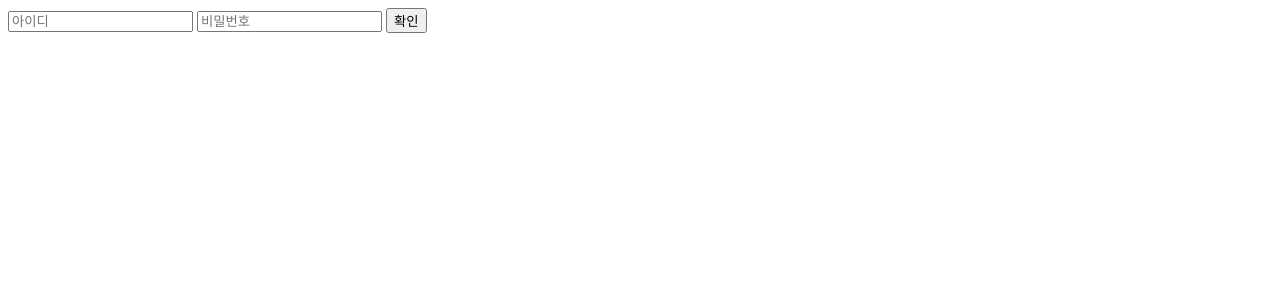
Repository: jjjjjjji-hun/jsp_practice
Page: http://localhost/JSPBasic/jspObject/1.requests/req_login_form.jsp
An editor plug-in stored every save of this project. The page is shown before and after the next save, followed by the edit.
The browser window is 1280 px wide. The pictures show the whole page.
The page is served by Tomcat 9.

Above is the page before, as saved 2022-02-04 01:30:49.

After the next save:
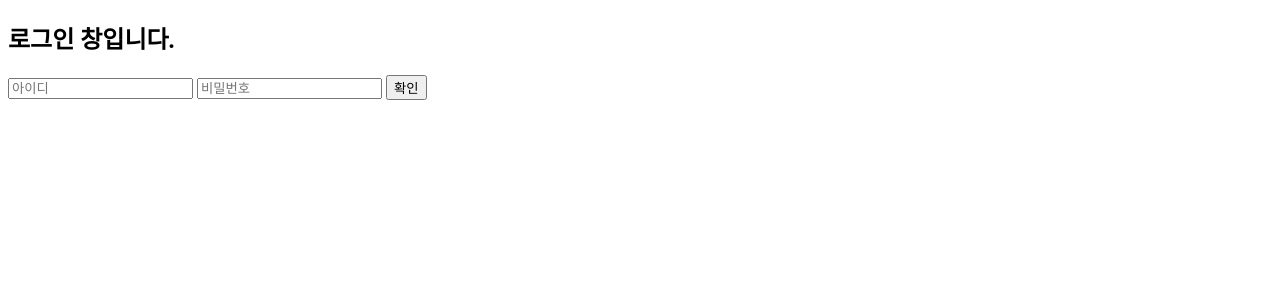
Saved 51 s later.
--- a/JSPBasic/src/main/webapp/jspObject/1.requests/req_login_form.jsp
+++ b/JSPBasic/src/main/webapp/jspObject/1.requests/req_login_form.jsp
@@ -7,6 +7,7 @@
 <title>Insert title here</title>
 </head>
 <body>
+	<h2>로그인 창입니다.</h2>
 	<form action="req_login_result.jsp" method="post">
 	<input type="text" name="id" placeholder="아이디"/>
 	<input type="password" name="pw" placeholder="비밀번호"/>
